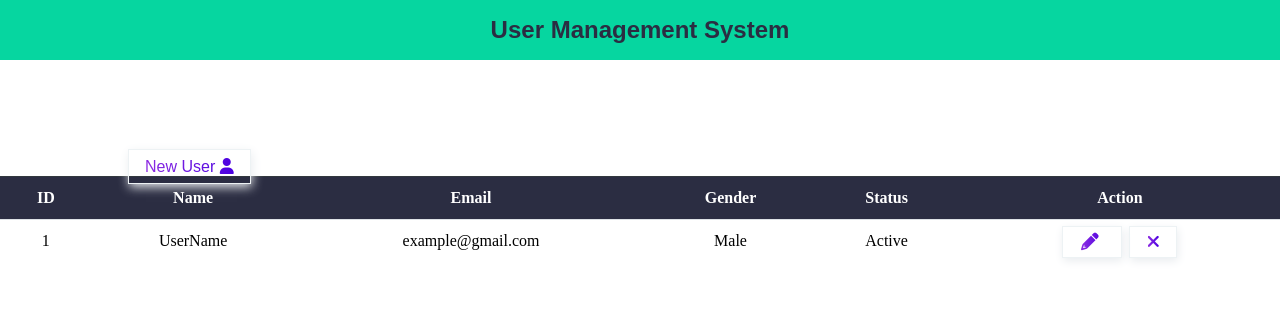
Repository: HustlingbeastAnish/CRUD-APP-
Page: views/index.html
These files come from the project's save history. The page is drawn as it stood at one moment and after the next save; the edit follows.
The browser window is 1280 px wide. The pictures show the whole page.
Some web fonts or font styles are not loaded; a fallback is used.

Above is the page before, as saved 2022-10-07 00:19:53.

### views/index.html
<!DOCTYPE html>
<html lang="en">
  <head>
    <meta charset="UTF-8" />
    <meta http-equiv="X-UA-Compatible" content="IE=edge" />
    <meta name="viewport" content="width=device-width, initial-scale=1.0" />
    <title>Document</title>
    <link
      rel="stylesheet"
      href="https://cdnjs.cloudflare.com/ajax/libs/font-awesome/6.2.0/css/all.min.css"
      integrity="sha512-xh6O/CkQoPOWDdYTDqeRdPCVd1SpvCA9XXcUnZS2FmJNp1coAFzvtCN9BmamE+4aHK8yyUHUSCcJHgXloTyT2A=="
      crossorigin="anonymous"
      referrerpolicy="no-referrer"
    />

    <link rel="stylesheet" href="/assets/css/style.css" />
  </head>
  <body>
    <!-- Header  -->
    <header id="header">
      <nav>
        <div class="container">
          <div class="text-center">
            <a href="/" class="nav-brand text-dark">User Management System</a>
          </div>
        </div>
      </nav>
    </header>
    <!-- /Header  -->

    <!-- Main Site  -->
    <main id="site-main">
      <div class="container">
        <div class="box-nav d-flex-justify-between">
          <a href="/add-user" class="border-shadow">
            <span class="text-gradient">
              New User <i class="fa-solid fa-user"></i>
            </span>
          </a>
        </div>
      </div>
    </main>

    <!-- Form Handling  -->
    <form action="/" method="POST">
      <table class="table">
        <thead class="thead-dark">
          <tr>
            <th>ID</th>
            <th>Name</th>
            <th>Email</th>
            <th>Gender</th>
            <th>Status</th>
            <th>Action</th>
          </tr>
        </thead>
        <tbody>
          <tr>
            <td>1</td>
            <td>UserName</td>
            <td>example@gmail.com</td>
            <td>Male</td>
            <td>Active</td>
            <td>
              <a href="#" class="btn border-shadow update">
                <span class="text-gradient">
                  <i class="fa-solid fa-pencil"></i>
                </span>
              </a>
              <a href="#" class="btn border-shadow delet">
                <span class="text-gradient">
                  <i class="fa-solid fa-xmark"></i>
                </span>
              </a>
            </td>
          </tr>
        </tbody>
      </table>
    </form>

    <!-- /Form Handling -->
    <!-- /Main Site  -->
  </body>
</html>

### assets/css/style.css
@import url("https://fonts.googleapis.com/css2?family=Barlow&family=PT+Sans&display=swap");

:root {
  --dark: #2b2d42;
  --light: #adb5bd;
  --border: #dee2e6;
  --border-btn: #edf2f4;
}

* {
  padding: 0;
  margin: 0;
  box-sizing: border-box;
}

a {
  text-decoration: none;
  font-family: "PT Sans", sans-serif;
}

.container {
  max-width: 1024px;
  margin: auto;
}

.nav-brand {
  font-size: 1.5em;
  font-weight: bold;
}

.d-flex {
  display: flex;
  flex-wrap: wrap;
}

.justify-between {
  justify-content: space-between;
}

.text-center {
  text-align: center;
}

.border-shadow {
  border: 1px solid var(--border-btn);
  box-shadow: 1px 3px 10px #e9ecef;
}

.text-dark {
  color: var(--dark);
}

.inline {
  display: inline-block;
}

.text-light {
  color: var(--light);
}

.text-gradient {
  background: linear-gradient(to right, #8e2de2, #4a00e0);
  -webkit-background-clip: text;
  background-clip: text;
  -webkit-text-fill-color: transparent;
}

#header nav {
  background-color: #06d6a0;
  padding: 1em 0;
  width: 100%;
}

#site-main {
  margin-top: 6em;
  font-family: "Barlow", sans-serif;
}

#site-main .container .box-nav > a {
  font-size: 1em;
  padding: 0.5em 1em;
}

#site-main .container form {
  margin: 2em 0;
}

table {
  border-spacing: 0px;
  width: 100%;
}

.table td,
.table th {
  padding: 0.75em;
  vertical-align: top;
  text-align: center;
  border-top: 1px solid var(--border);
}

.table td > a.btn {
  padding: 0.3em 1em;
  font-size: 1.1em;
  margin: 0 0.2em;
}

.table tr:hover {
  background-color: #06d6a0;
}

.table tr:hover td > a {
  box-shadow: none;
}

.table .thead-dark th {
  color: #fff;
  background-color: var(--dark);
  border-color: #32383e;
}

@media only screen and (max-width: 1024px) {
  table,
  thead,
  tbody,
  th,
  td,
  tr {
    display: block;
  }

  thead tr {
    position: absolute;
    top: -9999px;
    left: -9999px;
  }

  tr {
    border: 1px solid var(--border);
  }

  td {
    border: none;
    position: relative;
  }
}

/*  add user & update user template */
.form-title {
  margin-top: 2em;
}

.form-title > h2 {
  padding: 0.5em 0;
}

.new_user {
  max-width: 786px;
  margin: auto;
}

#update_user .form-group,
#add_user .form-group {
  margin: 0.4em 0;
}

#update_user .form-group input[type="text"],
#add_user .form-group input[type="text"] {
  width: 100%;
  padding: 0.6em 1em;
  margin: 0.5em 0;
  border: 1px solid var(--border);
  font-family: "Barlow", sans-serif;
  font-size: 1em;
  border-radius: 0.2em;
}

#update_user .form-group .radio,
#add_user .form-group .radio {
  margin: 1em 2em;
}

/* adding style to radio buttons */
.radio input[type="radio"] {
  position: absolute;
  opacity: 0;
}

.radio input[type="radio"] + .radio-label:before {
  content: "";
  background: var(--border-btn);
  border-radius: 100%;
  border: 1px solid var(--border);
  display: inline-block;
  width: 1em;
  height: 1em;
  position: relative;
  top: -0em;
  margin-right: 0.5em;
  vertical-align: top;
  cursor: pointer;
  text-align: center;
  -webkit-transition: all 250ms ease;
  transition: all 250ms ease;
}

.radio input[type="radio"]:checked + .radio-label:before {
  background-color: #16db93;
  box-shadow: inset 0 0 0 4px #e9ecef;
}

.radio input[type="radio"]:focus + .radio-label:before {
  outline: none;
  border-color: #16db93;
}

.radio input[type="radio"]:disabled + .radio-label:before {
  box-shadow: inset 0 0 0 4px #e9ecef;
  border-color: #b4b4b4;
  background: #b4b4b4;
}

#update_user .form-group .btn,
#add_user .form-group .btn {
  width: 100%;
  padding: 0.9em 1em;
  background-color: #16db93;
  border: none;
  font-family: "PT Sans", sans-serif;
  font-size: 1em;
  cursor: pointer;
  border-radius: 0.2em;
  margin: 0.5em 0;
}

#update_user .form-group .btn:hover,
#add_user .form-group .btn:hover {
  background-color: var(--dark);
  color: var(--border);
}

After the next save:
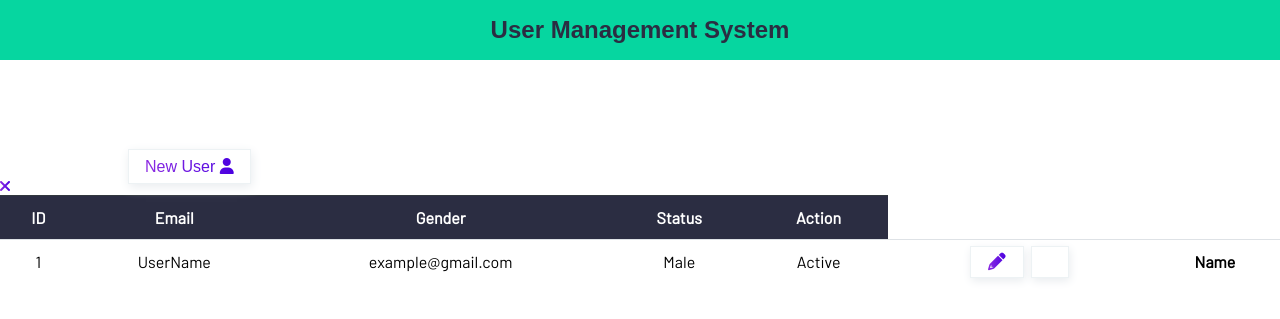
Saved 28 s later.
--- a/views/index.html
+++ b/views/index.html
@@ -39,44 +39,44 @@
           </a>
         </div>
       </div>
+
+      <!-- Form Handling  -->
+      <form action="/" method="POST">
+        <table class="table">
+          <thead class="thead-dark">
+            <tr>
+              <th>ID</th>
+              <th>Email</th>
+              <th>Gender</th>
+              <th>Status</th>
+              <th>Action</th>
+            </tr>
+          </thead>
+          <tbody>
+            <tr>
+              <td>1</td>
+              <td>UserName</td>
+              <td>example@gmail.com</td>
+              <td>Male</td>
+              <td>Active</td>
+              <td>
+                <a href="#" class="btn border-shadow update">
+                  <span class="text-gradient">
+                    <i class="fa-solid fa-pencil"></i>
+                  </span>
+                </a>
+                <a href="#" class="btn border-shadow delet">
+                  <th>Name</th>
+                  <span class="text-gradient">
+                    <i class="fa-solid fa-xmark"></i>
+                  </span>
+                </a>
+              </td>
+            </tr>
+          </tbody>
+        </table>
+      </form>
     </main>
-
-    <!-- Form Handling  -->
-    <form action="/" method="POST">
-      <table class="table">
-        <thead class="thead-dark">
-          <tr>
-            <th>ID</th>
-            <th>Name</th>
-            <th>Email</th>
-            <th>Gender</th>
-            <th>Status</th>
-            <th>Action</th>
-          </tr>
-        </thead>
-        <tbody>
-          <tr>
-            <td>1</td>
-            <td>UserName</td>
-            <td>example@gmail.com</td>
-            <td>Male</td>
-            <td>Active</td>
-            <td>
-              <a href="#" class="btn border-shadow update">
-                <span class="text-gradient">
-                  <i class="fa-solid fa-pencil"></i>
-                </span>
-              </a>
-              <a href="#" class="btn border-shadow delet">
-                <span class="text-gradient">
-                  <i class="fa-solid fa-xmark"></i>
-                </span>
-              </a>
-            </td>
-          </tr>
-        </tbody>
-      </table>
-    </form>
 
     <!-- /Form Handling -->
     <!-- /Main Site  -->
